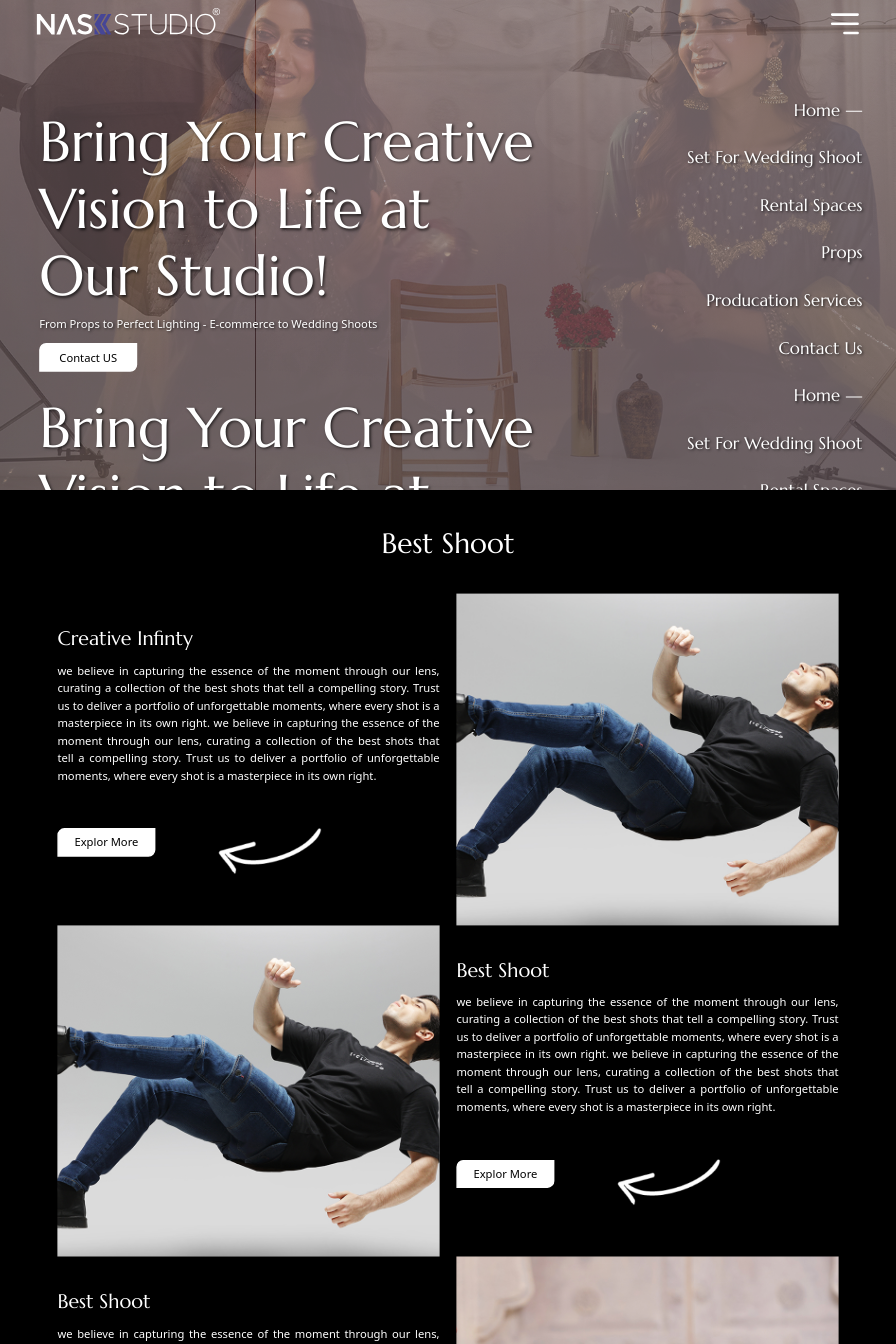
Repository: sagheerNaskSoft/nask-studio-sec-phase
Page: /
These files come from the project's save history. The page is drawn as it stood at one moment and after the next save; the edit follows.
The browser window is 1280 px wide. The pictures show the part of the page from y = 0 to 1920 px (the page is 4302 px tall), at 70% of full size.
Backgrounds fixed to the window are drawn as part of the page. The project was rebuilt for these pictures with package versions that can differ from the ones it lists, and the page was loaded fresh each time. Also part of the build but not shown: src/Pages/About.js, src/Component/NavFooter/NavBar.js, src/Component/WeddingSets/Banner.js, src/Component/WeddingSets/StudioSection.js, src/Pages/WeddingSets.js, src/Component/ProductionService/Form1.js, src/Component/ProductionService/Form2.js, src/Component/ProductionService/Form3.js and 12 more.

Above is the page before, as saved 2025-01-31 14:39:20.

### public/index.html
<!DOCTYPE html>
<html lang="en">
  <head>
    <meta charset="utf-8" />
    <link rel="icon" href="%PUBLIC_URL%/favicon.ico" />
    <meta name="viewport" content="width=device-width, initial-scale=1" />
    <meta name="theme-color" content="#000000" />
    <meta
      name="description"
      content="Web site created using create-react-app"
    />
    <link rel="apple-touch-icon" href="%PUBLIC_URL%/logo192.png" />
    <!--
      manifest.json provides metadata used when your web app is installed on a
      user's mobile device or desktop. See https://developers.google.com/web/fundamentals/web-app-manifest/
    -->
    <link rel="manifest" href="%PUBLIC_URL%/manifest.json" />
    <!--
      Notice the use of %PUBLIC_URL% in the tags above.
      It will be replaced with the URL of the `public` folder during the build.
      Only files inside the `public` folder can be referenced from the HTML.

      Unlike "/favicon.ico" or "favicon.ico", "%PUBLIC_URL%/favicon.ico" will
      work correctly both with client-side routing and a non-root public URL.
      Learn how to configure a non-root public URL by running `npm run build`.
    -->
    <title>Nask Studio | Studio Space | Studio Rent</title>
  </head>
  <body>
    <noscript>You need to enable JavaScript to run this app.</noscript>
    <div id="root"></div>
    <!--
      This HTML file is a template.
      If you open it directly in the browser, you will see an empty page.

      You can add webfonts, meta tags, or analytics to this file.
      The build step will place the bundled scripts into the <body> tag.

      To begin the development, run `npm start` or `yarn start`.
      To create a production bundle, use `npm run build` or `yarn build`.
    -->
  </body>
</html>

### src/Component/HomePage/Banner.js
import React, { useEffect, useState } from 'react'
import img1 from '../../Assete/HomaBanner/1.jpg'
import img2 from '../../Assete/HomaBanner/2.jpg'
import img3 from '../../Assete/HomaBanner/3.jpg'
import img4 from '../../Assete/HomaBanner/4.jpg'
import img5 from '../../Assete/HomaBanner/5.jpg'
import img6 from '../../Assete/HomaBanner/6.jpg'
import img7 from '../../Assete/HomaBanner/7.jpg'
import img8 from '../../Assete/HomaBanner/8.jpg'
import logo from '../../Assete/logo/Naskstudio (R).svg'
import { HiMiniBars3BottomRight } from 'react-icons/hi2'
import { Link } from 'react-router-dom'
import { TfiLayoutLineSolid } from 'react-icons/tfi'
import { PiFlipVerticalLight } from 'react-icons/pi'

function Banner({ mousePosition }) {
    const [currentIndex, setCurrentIndex] = useState(0);
    const images = [
        {
            src: img1,
            text: `Your Perfect Studio <br/> Space for Every<br/> Occasion!`,
            pera: "Props for Every Shoot | E-commerce Photography | Wedding Memories"
        },
        {
            src: img2,
            text: `Studio Space for Rent:<br/> Create, Capture, <br/>Celebrate!`,
            pera: "E-commerce, Weddings, & More - Fully Equipped for Your Vision"
        },
        {
            src: img3,
            text: "Bring Your Creative<br/> Vision to Life at<br/> Our Studio!",
            pera: "From Props to Perfect Lighting - E-commerce to Wedding Shoots"
        },
        {
            src: img4,
            text: "Shoot Like a <br/> Pro in Our Studio<br/> Space!",
            pera: "Ideal for E-commerce, Weddings, and Every Special Moment"
        },
        {
            src: img5,
            text: "Rent the Best<br/> Studio for  Your <br/>Creative Projects!",
            pera: "Props, Perfect Lighting, and Space for All Your Shootsc"
        },
        {
            src: img6,
            text: "Where Creativity<br/> Meets Comfort: Rent <br/> Our Studio!",
            pera: "Where Creativity Meets Comfort: Rent Our Studio!"
        },
        {
            src: img7,
            text: "Where Creativity<br/> Meets Comfort: Rent <br/> Our Studio!",
            pera: "Where Creativity Meets Comfort: Rent Our Studio!"
        },
        {
            src: img8,
            text: "Where Creativity<br/> Meets Comfort: Rent <br/> Our Studio!",
            pera: "Where Creativity Meets Comfort: Rent Our Studio!"
        },

    ];

    useEffect(() => {
        const interval = setInterval(() => {
            setCurrentIndex((prevIndex) => (prevIndex + 1) % images.length);
        }, 3000); // Change every 3 seconds
        return () => clearInterval(interval);
    }, [images.length]);
    return (
        <div className="background-container">
            {/* <div
      className="animated-circle"
      style={{
        transform: `translate(${mousePosition.x}px, ${mousePosition.y}px)`,
      }}
    ></div> */}
            {images.map((image, index) => (
                <div
                    key={index}
                    className={`background ${index === currentIndex ? "active" : ""}`}
                    style={{
                        background: `linear-gradient(to right, rgba(0, 0, 0, 0.338), rgba(0, 0, 0, 0.464)), url(${image.src})`,
                        backgroundSize: "cover",
                        backgroundPosition: "top",
                    }}
                ></div>
            ))}
            <div className='home-bar'>
                <img className='logo' src={logo} alt='logo' />
                <HiMiniBars3BottomRight className='icons' />
            </div>
            <div className="text-overlay">
                <div>
                    <h1 dangerouslySetInnerHTML={{
                        __html: images[currentIndex].text,
                    }}>

                    </h1>
                    <p>{images[currentIndex].pera}</p>
                    <button className='banner_btn'>Contact US <PiFlipVerticalLight className="btn_icon" />
                    </button>
                </div>
                <div>
                    <ul>
                        <li>
                            <Link to={'/'}>Home<TfiLayoutLineSolid className='ms-2' /></Link>
                        </li>
                        <li>
                            <Link to={'/wedding-sets'}>Set For Wedding Shoot</Link>
                        </li>
                        <li>
                            <Link to={'/rental-spaces'}>Rental Spaces</Link>
                        </li>
                        <li>
                            <Link to={'/props'}>Props</Link>
                        </li>
                        <li>
                            <Link to={'/production-service'}>Producation Services</Link>
                        </li>
                        <li>
                            <Link>Contact Us</Link>
                        </li>

                    </ul>
                </div>
            </div>
            <div className="text-overlay">
                <div>
                    <h1 dangerouslySetInnerHTML={{
                        __html: images[currentIndex].text,
                    }}>

                    </h1>
                    <p>{images[currentIndex].pera}</p>
                    <button className='banner_btn'>Contact US <PiFlipVerticalLight className="btn_icon" />
                    </button>
                </div>
                <div>
                    <ul>
                        <li>
                            <Link to={'/'}>Home<TfiLayoutLineSolid className='ms-2' /></Link>
                        </li>
                        <li>
                            <Link to={'/wedding-sets'}>Set For Wedding Shoot</Link>
                        </li>
                        <li>
                            <Link to={'/rental-spaces'}>Rental Spaces</Link>
                        </li>
                        <li>
                            <Link to={'/props'}>Props</Link>
                        </li>
                        <li>
                            <Link to={'/production-service'}>Producation Services</Link>
                        </li>
                        <li>
                            <Link>Contact Us</Link>
                        </li>

                    </ul>
                </div>
            </div>

        </div>
    )
}

export default Banner

Loaded but not shown: src/index.js (common file); src/index.css (common file); src/reportWebVitals.js (common file); src/Component/HomePage/ShootSection.js (77 lines, source omitted); src/Component/NavFooter/Footer.js (43 lines, source omitted); src/Component/HomePage/SerivceSetion.js (67 lines, source omitted); src/Pages/Home.js (35 lines, source omitted); src/App.js (31 lines, source omitted); src/App.css (657 lines, source omitted)

After the next save:
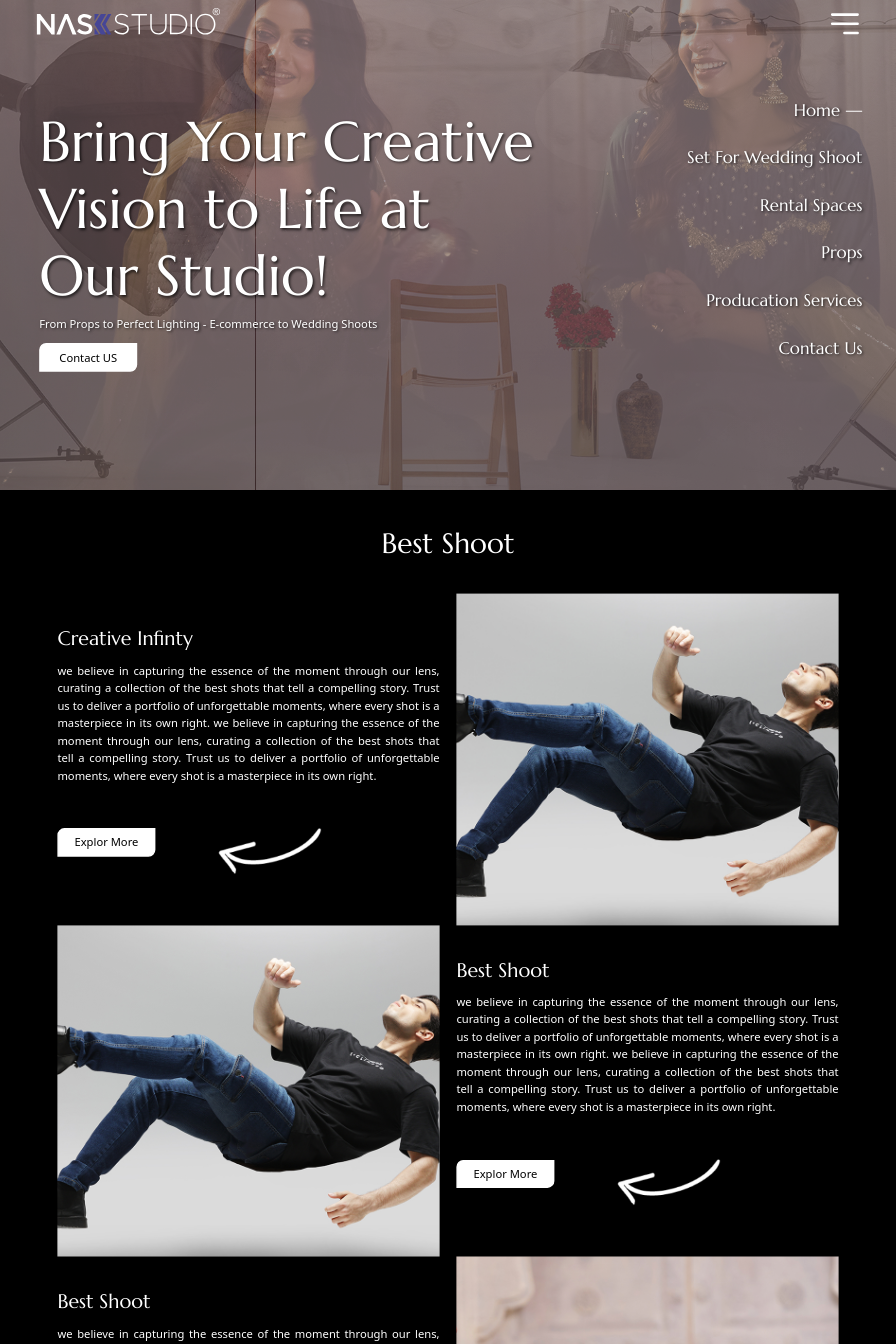
Saved 18 s later.
--- a/src/Component/HomePage/Banner.js
+++ b/src/Component/HomePage/Banner.js
@@ -13,7 +13,7 @@ import { Link } from 'react-router-dom'
 import { TfiLayoutLineSolid } from 'react-icons/tfi'
 import { PiFlipVerticalLight } from 'react-icons/pi'
 
-function Banner({ mousePosition }) {
+function Banner({mousePosition}) {
     const [currentIndex, setCurrentIndex] = useState(0);
     const images = [
         {
@@ -66,8 +66,8 @@ function Banner({ mousePosition }) {
         return () => clearInterval(interval);
     }, [images.length]);
     return (
-        <div className="background-container">
-            {/* <div
+        <div  className="background-container">
+             {/* <div
       className="animated-circle"
       style={{
         transform: `translate(${mousePosition.x}px, ${mousePosition.y}px)`,
@@ -88,6 +88,7 @@ function Banner({ mousePosition }) {
                 <img className='logo' src={logo} alt='logo' />
                 <HiMiniBars3BottomRight className='icons' />
             </div>
+
             <div className="text-overlay">
                 <div>
                     <h1 dangerouslySetInnerHTML={{
@@ -96,48 +97,13 @@ function Banner({ mousePosition }) {
 
                     </h1>
                     <p>{images[currentIndex].pera}</p>
-                    <button className='banner_btn'>Contact US <PiFlipVerticalLight className="btn_icon" />
+                    <button className='banner_btn'>Contact US <PiFlipVerticalLight className="btn_icon"/>
                     </button>
                 </div>
                 <div>
                     <ul>
                         <li>
-                            <Link to={'/'}>Home<TfiLayoutLineSolid className='ms-2' /></Link>
-                        </li>
-                        <li>
-                            <Link to={'/wedding-sets'}>Set For Wedding Shoot</Link>
-                        </li>
-                        <li>
-                            <Link to={'/rental-spaces'}>Rental Spaces</Link>
-                        </li>
-                        <li>
-                            <Link to={'/props'}>Props</Link>
-                        </li>
-                        <li>
-                            <Link to={'/production-service'}>Producation Services</Link>
-                        </li>
-                        <li>
-                            <Link>Contact Us</Link>
-                        </li>
-
-                    </ul>
-                </div>
-            </div>
-            <div className="text-overlay">
-                <div>
-                    <h1 dangerouslySetInnerHTML={{
-                        __html: images[currentIndex].text,
-                    }}>
-
-                    </h1>
-                    <p>{images[currentIndex].pera}</p>
-                    <button className='banner_btn'>Contact US <PiFlipVerticalLight className="btn_icon" />
-                    </button>
-                </div>
-                <div>
-                    <ul>
-                        <li>
-                            <Link to={'/'}>Home<TfiLayoutLineSolid className='ms-2' /></Link>
+                            <Link to={'/'}>Home<TfiLayoutLineSolid className='ms-2'/></Link>
                         </li>
                         <li>
                             <Link to={'/wedding-sets'}>Set For Wedding Shoot</Link>
